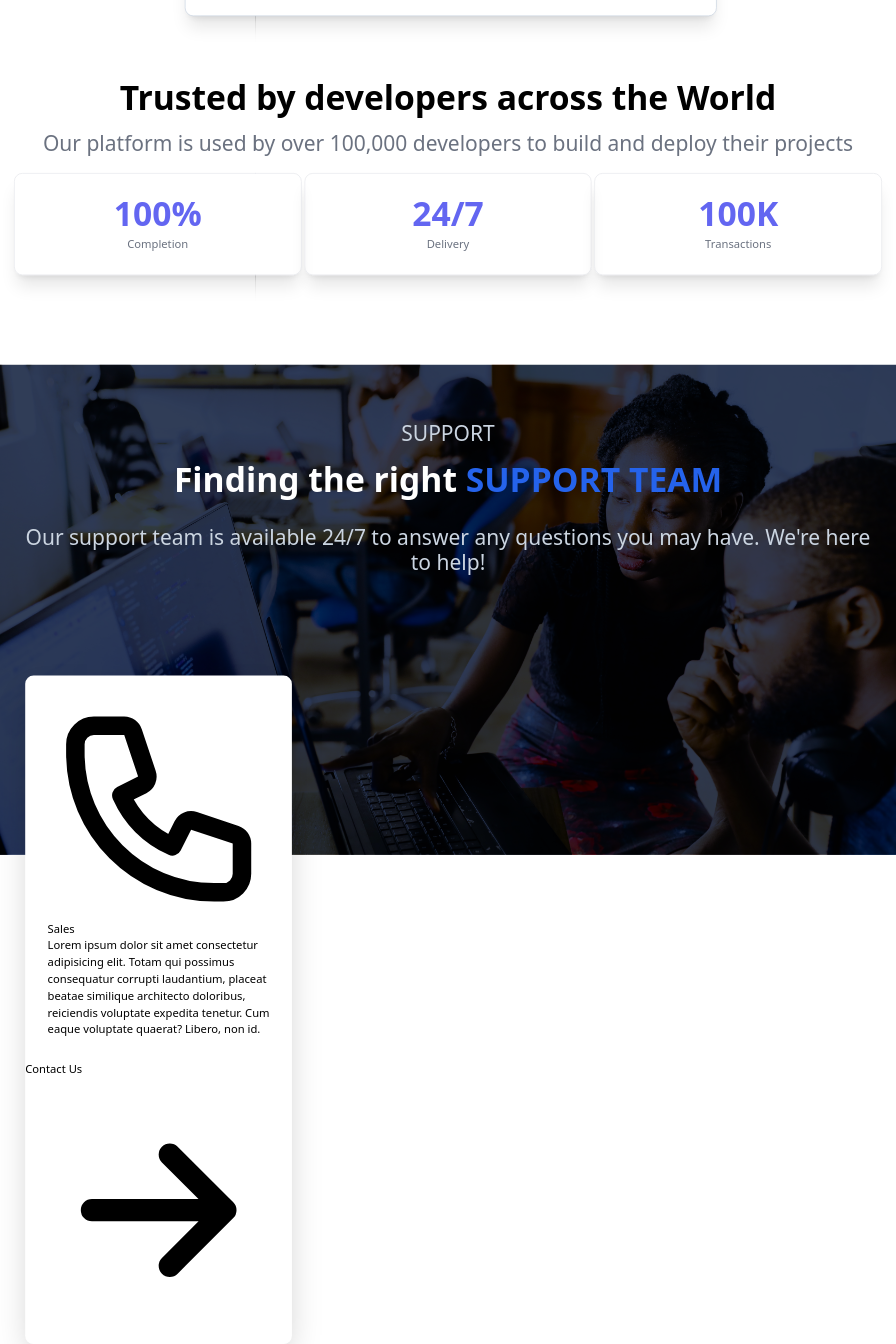
Repository: Esther-Kamau/cloud-management
Page: /
These files come from the project's save history. The page is drawn as it stood at one moment and after a run of saves; the edit follows.
The browser window is 1280 px wide. The pictures show the part of the page from y = 733 to 2653 px (the page is 2653 px tall before and 2399 px after), at 70% of full size.
The project was rebuilt for these pictures with package versions that can differ from the ones it lists, and the page was loaded fresh each time. A package was used in the major version that the imports need, not the one package.json lists.

Above is the page before, as saved 2023-03-16 20:03:17.

### public/index.html
<!DOCTYPE html>
<html lang="en">
  <head>
    <meta charset="utf-8" />
    <link rel="icon" href="%PUBLIC_URL%/Logo.png" />
    <meta name="viewport" content="width=device-width, initial-scale=1" />
    <meta name="theme-color" content="#000000" />
    <meta
      name="description"
      content="Web site created using create-react-app"
    />
    <link rel="apple-touch-icon" href="%PUBLIC_URL%/Logo.png" />
    <!--
      manifest.json provides metadata used when your web app is installed on a
      user's mobile device or desktop. See https://developers.google.com/web/fundamentals/web-app-manifest/
    -->
    <link rel="manifest" href="%PUBLIC_URL%/manifest.json" />
    <!--
      Notice the use of %PUBLIC_URL% in the tags above.
      It will be replaced with the URL of the `public` folder during the build.
      Only files inside the `public` folder can be referenced from the HTML.

      Unlike "/favicon.ico" or "favicon.ico", "%PUBLIC_URL%/favicon.ico" will
      work correctly both with client-side routing and a non-root public URL.
      Learn how to configure a non-root public URL by running `npm run build`.
    -->
    <title>Cloud Technology</title>
  </head>
  <body>
    <noscript>You need to enable JavaScript to run this app.</noscript>
    <div id="root"></div>
    <!--
      This HTML file is a template.
      If you open it directly in the browser, you will see an empty page.

      You can add webfonts, meta tags, or analytics to this file.
      The build step will place the bundled scripts into the <body> tag.

      To begin the development, run `npm start` or `yarn start`.
      To create a production bundle, use `npm run build` or `yarn build`.
    -->
  </body>
</html>

### src/index.css
@tailwind base;
@tailwind components;
@tailwind utilities;

@layer base{
    li{
      @apply p-4 text-white hover:text-slate-300
    }
    button {
        @apply p-4 text-white border bg-blue-600 border-blue-600
        hover:bg-transparent hover:text-black rounded-md
      }
}

### src/App.jsx
import Navbar from "./components/Navbar"
import Hero from "./components/Hero"
import About from "./components/About"
import Support from "./components/Support"

function App() {
  return (

    <>
  <Navbar/>
  <Hero/>
  <About/>
  <Support/>
    </>
  );
}

export default App;

### src/components/Navbar.jsx
import React, { useState } from "react";
import { MenuIcon, XIcon } from "@heroicons/react/outline";
import Logo from "../assets/Logo.png";

const Navbar = () => {
  const [nav, setNav] = useState(false);
  const handleClick = () => setNav(!nav);

  return (
    <div className="w-screen h-[100px] z-10 bg-blue-900 fixed drop-shadow-lg">
      <div className="px-2 flex justify-between items-center w-full h-full">
        <div className="flex items-center">
          <img className="h-[180px] w-[180px]" src={Logo} alt="Logoimg" />
          <ul className="hidden md:flex">
            <li>Home</li>
            <li>About</li>
            <li>Support</li>
            <li>Platforms</li>
            <li>Pricing</li>
          </ul>
        </div>
        <div className="hidden md:flex pr-4">
          <button className="border-none bg-white text-black mr-4 hover:text-white hover:bg-blue-300">
            Sign In
          </button>
          <button className="border-none bg-white text-black px-8 py-3 hover:text-white hover:bg-blue-300">
            Sign Up
          </button>
        </div>
        {/* toggle state */}
        <div className="md:hidden" onClick={handleClick}>
          {/* if the opposite of nav is true display this else xicon */}
          {!nav ? (
            <MenuIcon className="w-8 stroke-white" />
          ) : (
            <XIcon className="w-8 stroke-white" />
          )}
        </div>
      </div>
      {/* if nav is not true hide the menu if tru display the menu */}
      <ul className={!nav ? "hidden" : "absolute bg-blue-900 w-full px-8"}>
        <li className="border-b-2 border-blue-200 w-full">Home</li>
        <li className="border-b-2 border-blue-200 w-full">About</li>
        <li className="border-b-2 border-blue-200 w-full">Support</li>
        <li className="border-b-2 border-blue-200 w-full">Platforms</li>
        <li className="border-b-2 border-blue-200 w-full">Pricing</li>
        <div className="flex flex-col my-4">
          <button className=" bg-transparent text-white mb-4 hover:bg-white hover:text-black">Sign In</button>

          <button className="px-8 py-3">Sign Up</button>
        </div>
      </ul>
    </div>
  );
};

export default Navbar;

### src/components/Hero.jsx
import React from "react";
import {
  CloudUploadIcon,
  DatabaseIcon,
  PaperAirplaneIcon,
  ServerIcon,
} from "@heroicons/react/solid";

import bgImg from "../assets/cyber-bg.png";

const Hero = () => {
  return (
    <div className="w-full h-screen flex flex-col justify-between">
      <div className="grid md:grid-cols-2 max-w-[1240px] m-auto">
        <div className="flex flex-col justify-center md:items-start w-full px-2 py-3">
          <p className="text-2xl">Unique Sequencing & Production</p>
          <h1 className="py-3 text-5xl font-bold md:text-7xl">
            Cloud Management
          </h1>
          <p className="text-2xl mb-3">
            This is our{" "}
            <span className="text-blue-600 font-bold">CLOUD TECH</span> Brand
          </p>
          <button className="py-3 px-6 sm:w-[60%] my-4">
            Let's get you started
          </button>
        </div>
        <div>
          <img src={bgImg} alt="bg" className="w-full" />
        </div>
        {/* check on this later: absolute position */}
        <div
         className='absolute flex flex-col py-8 md:min-w-[760px] bottom-[-5%]
         mx-1 md:left-1/2 transform md:-translate-x-1/2 bg-white
         border border-slate-300 rounded-xl text-center shadow-xl'
        >
          <p className="text-xl font-semibold text-center">Data Services</p>
          <div className="flex flex-wrap justify-between px-4">
            <p className="flex px-4 py-2 text-slate-600"><CloudUploadIcon  className="h-6 text-indigo-600" /> App Security</p>
            <p className="flex px-4 py-2 text-slate-600"><DatabaseIcon className="h-6 text-indigo-600" /> Dashboard Designs</p>
            <p className="flex px-4 py-2 text-slate-600"><ServerIcon className="h-6 text-indigo-600"/> Cloud Data</p>
            <p className="flex px-4 py-2 text-slate-600"><PaperAirplaneIcon className="h-6 text-indigo-600"/> API</p>
          </div>
        </div>
      </div>
    </div>
  );
};

export default Hero;

### src/components/About.jsx
import React from "react";

const About = () => {
  return (
    <div className="w-full my-32">
      <div className="max-w-[1240px] mx-auto">
        <div className="text-center">
          <h2 className="text-5xl font-bold">
            Trusted by developers across the World
          </h2>
          <p className="text-3xl py-6 text-gray-500 font-medium">
            Our platform is used by over 100,000 developers to build and deploy
            their projects
          </p>
        </div>
<div className="grid md:grid-cols-3 gap-1 text-center">

        <div  className="border py-8 rounded-xl shadow-xl ">
          <p className="text-5xl text-indigo-500 font-bold">100%</p>
          <p className="text-gray-500 mt-2">Completion</p>
        </div>
        <div className="border py-8 rounded-xl shadow-xl ">
          <p className="text-5xl text-indigo-500 font-bold">24/7</p>
          <p className="text-gray-500 mt-2">Delivery</p>
        </div>
        <div className="border py-8 rounded-xl shadow-xl ">
          <p className="text-5xl text-indigo-500 font-bold">100K</p>
          <p className="text-gray-500 mt-2">Transactions</p>
        </div>
</div>
      </div>
    </div>
  );
};

export default About;

### src/components/Support.jsx
import React from "react";
import { PhoneIcon, ArrowSmRightIcon } from "@heroicons/react/outline";
import { ChipIcon, SupportIcon } from "@heroicons/react/solid";

import supportImg from "../assets/support.jpg";

const Support = () => {
  return (
    <div className="w-full h-screen mt-24">
      <div className="w-full h-[700px] bg-gray-900/90 absolute">
        <img
          src={supportImg}
          alt="/"
          className="w-full h-full object-cover mix-blend-overlay"
        />
      </div>
      <div className="max-w-[1240px] mx-auto text-white relative">
        <div className="px-4 py-12">
          <h2 className="pt-8 text-3xl uppercase text-center text-slate-300">Support</h2>
          <p className=" text-center text-5xl font-bold py-6 ">
            Finding the right
             <span className="text-blue-600"> SUPPORT TEAM</span>
          </p>
          <p className="text-3xl text-slate-300 py-4 text-center">
            Our support team is available 24/7 to answer any questions you may
            have. We're here to help!
          </p>
        </div>
        <div className="grid grid-cols-1 lg:grid-cols-3 relative gap-y-16 gap-x-8 px-4 pt-12 sm:pt-20 text-black">
          <div className="bg-white rounded-xl shadow-2xl">
            <div className="p-8">
              <PhoneIcon className="" />
              <h3>Sales</h3>
              <p>
                Lorem ipsum dolor sit amet consectetur adipisicing elit. Totam
                qui possimus consequatur corrupti laudantium, placeat beatae
                similique architecto doloribus, reiciendis voluptate expedita
                tenetur. Cum eaque voluptate quaerat? Libero, non id.
              </p>
            </div>
            <div>
              <p>
                Contact Us <ArrowSmRightIcon />
              </p>
            </div>
          </div>
        </div>
      </div>
    </div>
  );
};

export default Support;

### tailwind.config.js
/** @type {import('tailwindcss').Config} */
module.exports = {
  content: ['./src/**/*.{js,jsx,ts,tsx}'],
  theme: {
    screens: {
      sm: '640px',
      // => @media (min-width: 640px) { ... }

      md: '768px',
      // => @media (min-width: 768px) { ... }

      lg: '1024px',
      // => @media (min-width: 1024px) { ... }

      xl: '1280px',
      // => @media (min-width: 1280px) { ... }

      '2xl': '1536px',
      // => @media (min-width: 1536px) { ... }
    },
  },
  plugins: [],
};

Loaded but not shown: src/index.js (common file)

After the next 2 saves:
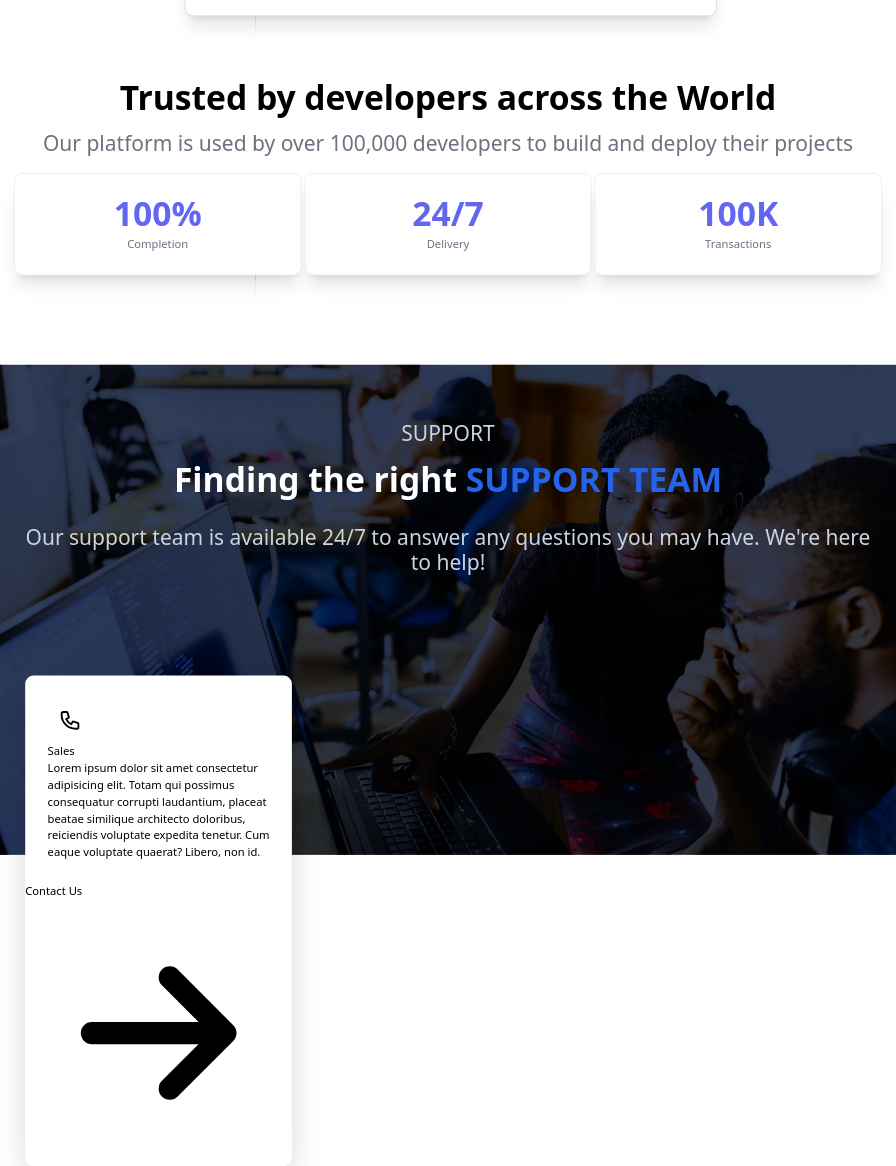
The 2 saves are shown as one change because they came seconds apart.
The last was saved 10 s later.
--- a/src/components/Support.jsx
+++ b/src/components/Support.jsx
@@ -29,7 +29,7 @@ const Support = () => {
         <div className="grid grid-cols-1 lg:grid-cols-3 relative gap-y-16 gap-x-8 px-4 pt-12 sm:pt-20 text-black">
           <div className="bg-white rounded-xl shadow-2xl">
             <div className="p-8">
-              <PhoneIcon className="" />
+              <PhoneIcon className="p-4 w-16 " />
               <h3>Sales</h3>
               <p>
                 Lorem ipsum dolor sit amet consectetur adipisicing elit. Totam
